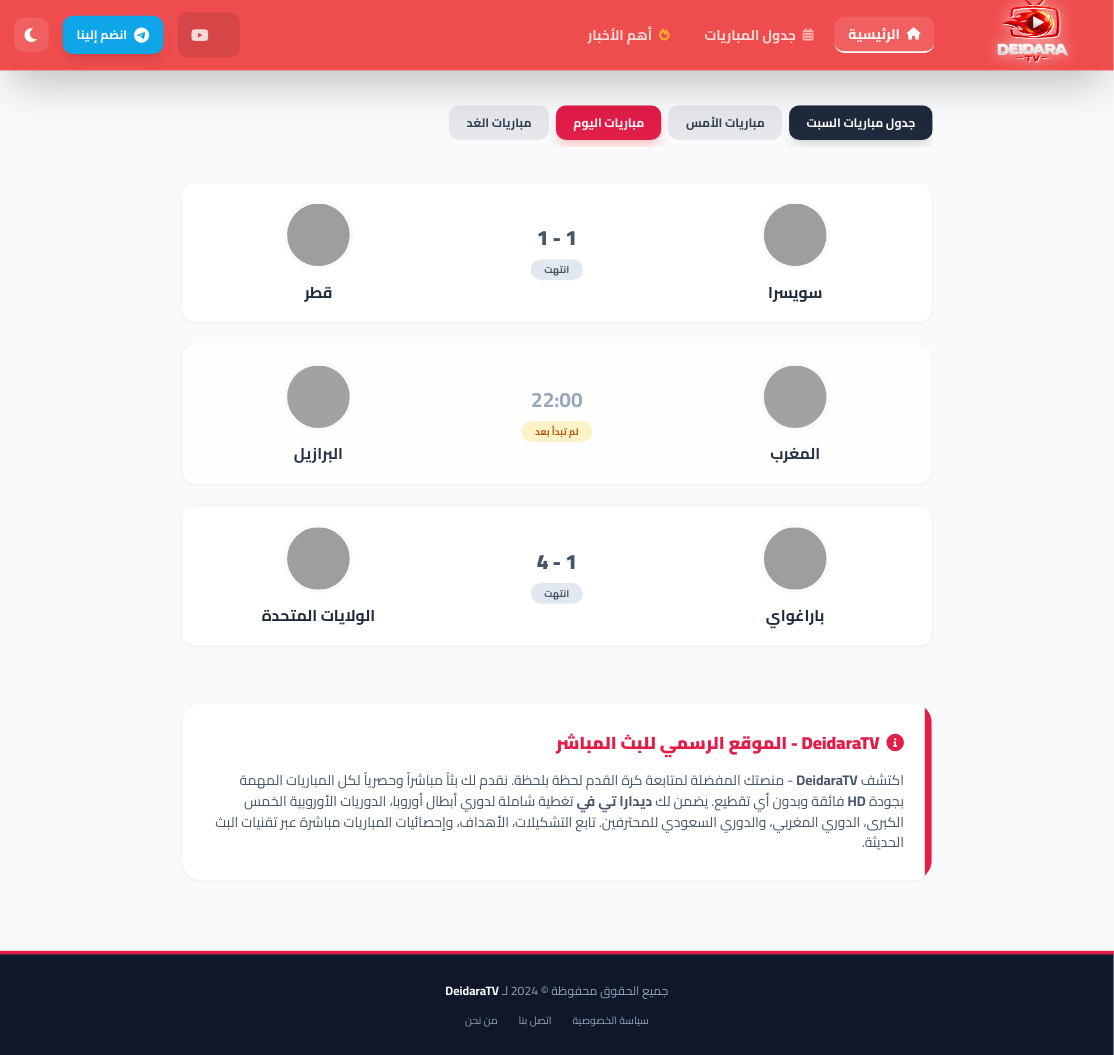
Repository: zakariax05/deidaraTV
Page: index.html
The author's editor kept a copy of each file at every save. The page is drawn from the files as they stood at one save, then again after the next save.
The browser window is 1280 px wide. The pictures show the whole page, at 87% of full size.
Pictures or frames that could not be fetched are drawn as grey boxes. Some web libraries are served in a nearby version.

Above is the page before, as saved 2026-06-14 02:30:54.

### index.html
<!DOCTYPE html>
<html lang="ar" dir="rtl">

<head>
  <meta charset="UTF-8">
  <meta name="viewport" content="width=device-width, initial-scale=1.0">
  <title>DeidaraTV - ديدارا تي في | بث مباشر للمباريات</title>
  <script src="https://cdn.tailwindcss.com"></script>
  <link href="https://cdnjs.cloudflare.com/ajax/libs/font-awesome/6.0.0/css/all.min.css" rel="stylesheet">
  <style>
    @import url('https://fonts.googleapis.com/css2?family=Cairo:wght@400;600;700;900&display=swap');

    body {
      font-family: 'Cairo', sans-serif;
      background-color: #f8fafc;
    }

    .match-card {
      transition: all 0.3s ease;
    }

    .match-card:hover {
      transform: scale(1.01);
      box-shadow: 0 10px 20px -5px rgba(0, 0, 0, 0.1);
    }

    .bg-red-primary {
      background-color: #e11d48;
    }

    .text-red-primary {
      color: #e11d48;
    }

    .border-red-primary {
      border-color: #e11d48;
    }
  </style>
</head>

<body class="text-slate-800">

  <!-- Header / الهيدر -->
  <!-- الهيدر المطور للرئيسية - DeidaraTV -->
  <header
    class="bg-red-500 text-white shadow-2xl sticky top-0 z-[100] backdrop-blur-md bg-opacity-95 border-b border-white/10">
    <div class="container mx-auto px-4">
      <div class="flex justify-between items-center h-16 md:h-20">

        <!-- القسم الأيمن: الشعار والقائمة -->
        <div class="flex items-center gap-6 md:gap-10">
          <!-- اللوجو مع ميزة إعادة التحميل -->
          <div onclick="window.location.reload()"
            class="flex items-center gap-3 cursor-pointer group select-none transition-transform active:scale-95">
            <img src="imgs/logo-deidaratv.png" alt="DeidaraTV Logo"
              class="h-16 md:h-[150px] w-auto object-contain group-hover:brightness-110 transition-all"
              style="filter: drop-shadow(1px 1px 0px #fff) drop-shadow(0px 0px 8px rgba(255,255,255,0.6));">

          </div>

          <!-- الروابط الأساسية (تظهر في الشاشات الكبيرة) -->
          <nav class="hidden lg:flex items-center gap-2">
            <a href="#"
              class="flex items-center gap-2 px-4 py-2 rounded-xl bg-white/10 hover:bg-white/20 transition-all font-bold border-b-2 border-white">
              <i class="fas fa-home text-sm"></i> الرئيسية
            </a>
            <a href="#"
              class="flex items-center gap-2 px-4 py-2 rounded-xl hover:bg-white/10 transition-all font-bold opacity-80 hover:opacity-100">
              <i class="fas fa-calendar-alt text-sm text-red-200"></i> جدول المباريات
            </a>
            <a href="#"
              class="flex items-center gap-2 px-4 py-2 rounded-xl hover:bg-white/10 transition-all font-bold opacity-80 hover:opacity-100">
              <i class="fas fa-fire text-sm text-amber-400"></i> أهم الأخبار
            </a>
          </nav>
        </div>

        <!-- القسم الأيسر: أيقونات التواصل والأدوات -->
        <div class="flex items-center gap-2 md:gap-4">

          <!-- أيقونات التواصل الاجتماعي بتنسيق أرقى -->
          <div class="hidden sm:flex items-center bg-black/10 rounded-xl px-2 py-1 gap-1">
            <a href="#" class="p-2 hover:bg-white/10 rounded-lg transition-colors text-white/80 hover:text-white"
              title="Twitter">
              <i class="fab fa-x-twitter text-lg"></i>
            </a>
            <a href="#" class="p-2 hover:bg-white/10 rounded-lg transition-colors text-white/80 hover:text-white"
              title="YouTube">
              <i class="fab fa-youtube text-lg"></i>
            </a>
          </div>

          <!-- زر تليجرام (مميز بلونه الخاص) -->
          <a href="#"
            class="bg-sky-500 hover:bg-sky-400 text-white p-2 md:px-4 md:py-2 rounded-xl transition-all shadow-lg flex items-center gap-2 font-bold text-sm">
            <i class="fab fa-telegram-plane text-lg"></i>
            <span class="hidden md:inline">انضم إلينا</span>
          </a>

          <!-- زر الوضع الليلي -->
          <button
            class="w-10 h-10 flex items-center justify-center rounded-xl bg-white/10 hover:bg-white/20 transition-colors">
            <i class="fas fa-moon text-lg"></i>
          </button>

          <!-- زر الموبايل -->
          <button class="lg:hidden w-10 h-10 flex items-center justify-center rounded-xl bg-white/10 hover:bg-white/20">
            <i class="fas fa-bars text-xl"></i>
          </button>
        </div>

      </div>
    </div>
  </header>

  <!-- Content / المحتوى الرئيسي -->
  <main class="container mx-auto px-4 max-w-4xl mt-10 pb-20">

    <!-- الأزرار العلوية -->
    <div class="flex flex-wrap justify-start gap-2 mb-10 overflow-x-auto pb-2">
      <button class="px-5 py-2.5 bg-slate-800 text-white rounded-xl text-sm font-bold whitespace-nowrap shadow-lg">جدول
        مباريات السبت</button>
      <button
        class="px-5 py-2.5 bg-gray-200 hover:bg-gray-300 text-slate-700 rounded-xl text-sm font-bold transition whitespace-nowrap">مباريات
        الأمس</button>
      <button
        class="px-5 py-2.5 bg-red-primary text-white rounded-xl text-sm font-bold shadow-lg shadow-red-200 whitespace-nowrap">مباريات
        اليوم</button>
      <button
        class="px-5 py-2.5 bg-gray-200 hover:bg-gray-300 text-slate-700 rounded-xl text-sm font-bold transition whitespace-nowrap">مباريات
        الغد</button>
    </div>

    <!-- قائمة المباريات -->
    <div class="space-y-6">

      <!-- مباراة مباشرة -->
      <div
        class="match-card bg-white rounded-2xl p-5 flex items-center justify-between border border-slate-100 shadow-sm">
        <div class="flex flex-col items-center w-1/3">
          <img src="https://flagcdn.com/w160/ch.png" alt="سويسرا"
            class="w-14 h-14 md:w-20 md:h-20 rounded-full object-cover border-4 border-slate-50 shadow-inner mb-3">
          <span class="font-bold text-sm md:text-lg">سويسرا</span>
        </div>

        <div class="flex flex-col items-center w-1/3">
          <div class="text-2xl font-black text-slate-600 mb-2">1 - 1</div>
          <span class="bg-slate-200 text-slate-600 text-[11px] px-4 py-1 rounded-full font-bold">انتهت</span>
        </div>

        <div class="flex flex-col items-center w-1/3">
          <img src="https://flagcdn.com/w160/qa.png" alt="قطر"
            class="w-14 h-14 md:w-20 md:h-20 rounded-full object-cover border-4 border-slate-50 shadow-inner mb-3">
          <span class="font-bold text-sm md:text-lg">قطر</span>
        </div>
      </div>

      <!-- مباراة المغرب (لم تبدأ) -->
      <!-- قمت بتغيير الـ div الأول إلى a وإضافة الرابط و cursor-pointer -->
      <a href="watching-page.html"
        class="match-card bg-white rounded-2xl p-5 flex items-center justify-between border border-slate-100 shadow-sm opacity-95 cursor-pointer hover:bg-slate-50 transition-all block">

        <!-- الفريق الأول -->
        <div class="flex flex-col items-center w-1/3">
          <img src="https://flagcdn.com/w160/ma.png" alt="المغرب"
            class="w-14 h-14 md:w-20 md:h-20 rounded-full object-cover border-4 border-slate-50 shadow-inner mb-3">
          <span class="font-bold text-sm md:text-lg text-slate-800">المغرب</span>
        </div>

        <!-- توقيت المباراة -->
        <div class="flex flex-col items-center w-1/3">
          <div class="text-2xl font-bold text-slate-400 mb-2">22:00</div>
          <span class="bg-amber-100 text-amber-700 text-[11px] px-4 py-1 rounded-full font-bold">لم تبدأ
            بعد</span>
        </div>

        <!-- الفريق الثاني -->
        <div class="flex flex-col items-center w-1/3">
          <img src="https://flagcdn.com/w160/br.png" alt="البرازيل"
            class="w-14 h-14 md:w-20 md:h-20 rounded-full object-cover border-4 border-slate-50 shadow-inner mb-3">
          <span class="font-bold text-sm md:text-lg text-slate-800">البرازيل</span>
        </div>
      </a>

      <!-- مباراة منتهية -->
      <div
        class="match-card bg-white rounded-2xl p-5 flex items-center justify-between border border-slate-100 shadow-sm bg-slate-50/50">
        <div class="flex flex-col items-center w-1/3">
          <img src="https://flagcdn.com/w160/py.png" alt="باراغواي"
            class="w-14 h-14 md:w-20 md:h-20 rounded-full object-cover border-4 border-slate-50 shadow-inner mb-3">
          <span class="font-bold text-sm md:text-lg">باراغواي</span>
        </div>

        <div class="flex flex-col items-center w-1/3">
          <div class="text-2xl font-black text-slate-600 mb-2">1 - 4</div>
          <span class="bg-slate-200 text-slate-600 text-[11px] px-4 py-1 rounded-full font-bold">انتهت</span>
        </div>

        <div class="flex flex-col items-center w-1/3">
          <img src="https://flagcdn.com/w160/us.png" alt="الولايات المتحدة"
            class="w-14 h-14 md:w-20 md:h-20 rounded-full object-cover border-4 border-slate-50 shadow-inner mb-3">
          <span class="font-bold text-sm md:text-lg">الولايات المتحدة</span>
        </div>
      </div>

    </div>

    <!-- SEO / قسم المعلومات -->
    <section
      class="mt-16 bg-white rounded-3xl p-8 border border-slate-100 shadow-sm leading-relaxed relative overflow-hidden">
      <div class="absolute top-0 right-0 w-2 h-full bg-red-primary"></div>
      <h2 class="text-red-primary font-black text-xl mb-4 flex items-center gap-2">
        <i class="fas fa-info-circle"></i> DeidaraTV - الموقع الرسمي للبث المباشر
      </h2>
      <p class="text-slate-600 text-sm md:text-base leading-8">
        اكتشف <strong>DeidaraTV</strong> - منصتك المفضلة لمتابعة كرة القدم لحظة بلحظة. نقدم لك بثاً مباشراً
        وحصرياً لكل المباريات المهمة بجودة <strong>HD</strong> فائقة وبدون أي تقطيع. يضمن لك <strong>ديدارا تي
          في</strong> تغطية شاملة لدوري أبطال أوروبا، الدوريات الأوروبية الخمس الكبرى، الدوري المغربي، والدوري
        السعودي للمحترفين. تابع التشكيلات، الأهداف، وإحصائيات المباريات مباشرة عبر تقنيات البث الحديثة.
      </p>
    </section>

  </main>

  <!-- Footer / الفوتر -->
  <footer class="bg-slate-900 text-slate-400 py-8 text-center border-t-4 border-red-primary">
    <div class="container mx-auto px-4">
      <p class="text-sm">جميع الحقوق محفوظة &copy; 2024 لـ <span class="text-white font-bold">DeidaraTV</span></p>
      <div class="flex justify-center gap-6 mt-4 text-xs">
        <a href="#" class="hover:text-white">سياسة الخصوصية</a>
        <a href="#" class="hover:text-white">اتصل بنا</a>
        <a href="#" class="hover:text-white">من نحن</a>
      </div>
    </div>
  </footer>

</body>

</html>

After the next save:
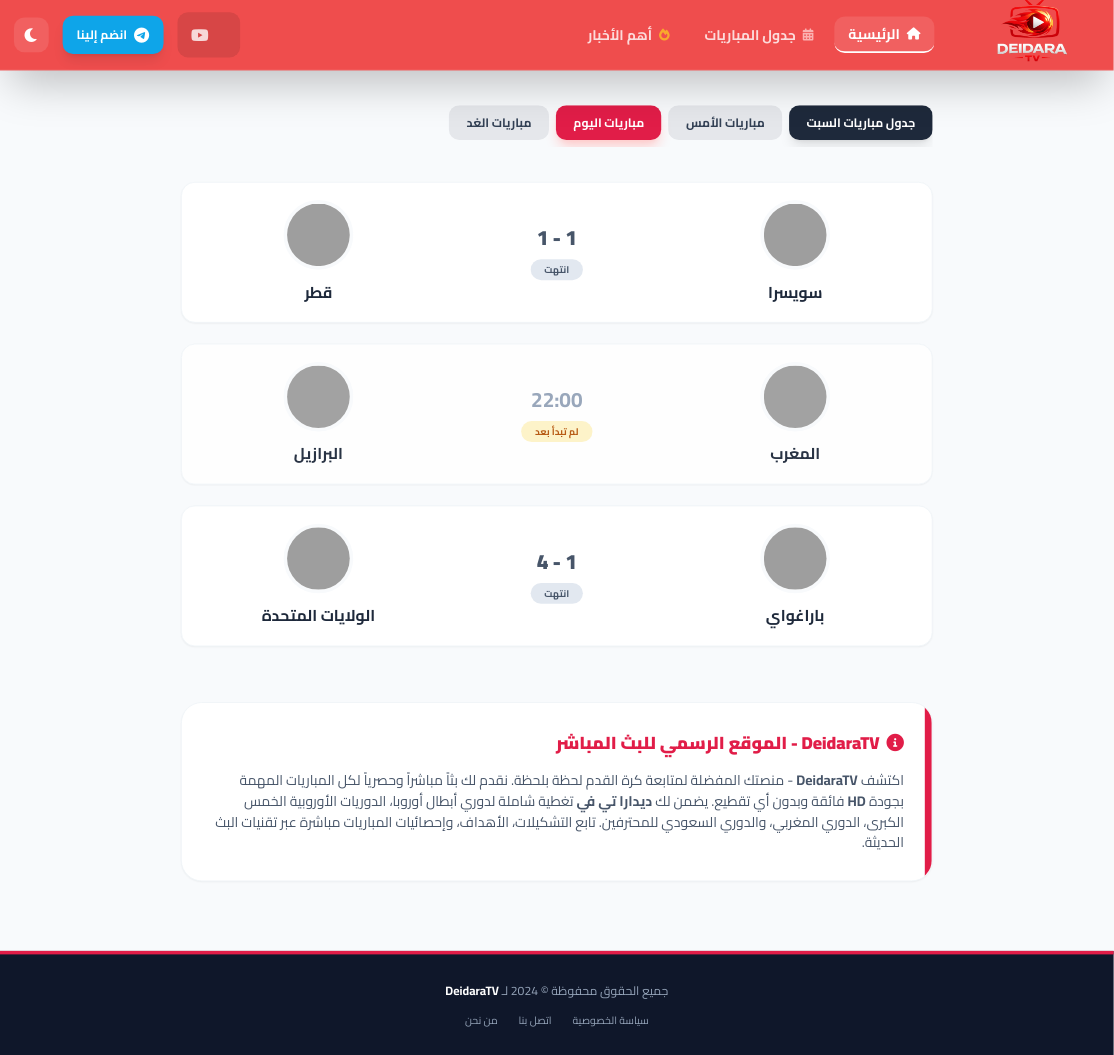
Saved 18 s later.
--- a/index.html
+++ b/index.html
@@ -54,7 +54,7 @@
             class="flex items-center gap-3 cursor-pointer group select-none transition-transform active:scale-95">
             <img src="imgs/logo-deidaratv.png" alt="DeidaraTV Logo"
               class="h-16 md:h-[150px] w-auto object-contain group-hover:brightness-110 transition-all"
-              style="filter: drop-shadow(1px 1px 0px #fff) drop-shadow(0px 0px 8px rgba(255,255,255,0.6));">
+              style="filter: drop-shadow(1px 1px 0px #fff)  rgba(255,255,255,0.6));">
 
           </div>
 
